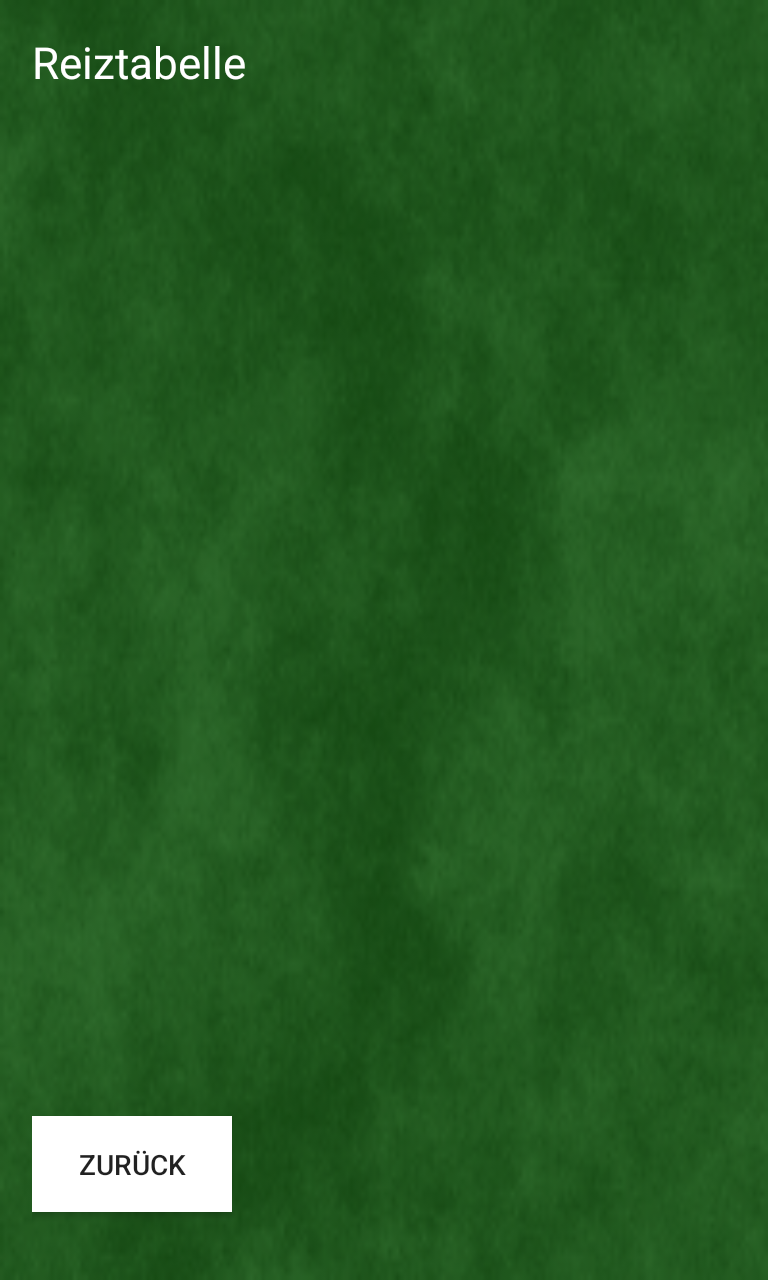
Repository: razinanu/InSy-Skat
Layout: InSy-Skat/res/layout/fragment_result.xml
The author's editor kept a copy of each file at every save. The layout is drawn from the files as they stood at one save, then again after the next save.
It is drawn on a 768 x 1280 px phone screen (xhdpi) without system bars, with theme AppThemeWithoutActionBarTitle; the app's code is not run.

Above is the layout before, as saved 2014-06-21 11:58:14.

### InSy-Skat/res/layout/fragment_result.xml
<RelativeLayout xmlns:android="http://schemas.android.com/apk/res/android"
    xmlns:tools="http://schemas.android.com/tools"
    android:layout_width="match_parent"
    android:layout_height="match_parent"
    android:paddingBottom="@dimen/activity_vertical_margin"
    android:paddingLeft="@dimen/activity_horizontal_margin"
    android:paddingRight="@dimen/activity_horizontal_margin"
    android:paddingTop="@dimen/activity_vertical_margin"
    android:background="@drawable/hintergrundapp"
    tools:context="com.example.insy_skat.ResultActivity$PlaceholderFragment" >
    <TextView
        android:id="@+id/reizTabelleText"
        android:layout_width="wrap_content"
        android:layout_height="wrap_content"
        android:text="@string/reizenTabelle"
        android:textAppearance="?android:attr/textAppearanceLarge"
        android:textColor="#ffffff" />

     <ScrollView
         android:id="@+id/scrollView1"
         android:layout_width="match_parent"
         android:layout_height="match_parent"
         android:layout_alignLeft="@+id/reizTabelleText"
         android:layout_below="@+id/reizTabelleText"
         android:layout_marginLeft="21dp"
         android:layout_marginTop="20dp"
          android:layout_marginBottom="80dp" >

<LinearLayout
             android:layout_width="match_parent"
             android:id="@+id/linearLayout"
             android:layout_height="wrap_content"
             android:orientation="vertical" >
                     </LinearLayout>
</ScrollView>
<Button
           android:id="@+id/backbutton"
           android:layout_width="wrap_content"
           android:layout_height="wrap_content"
           android:layout_alignLeft="@+id/reizTabelleText"
           android:layout_alignParentBottom="true"
           android:layout_marginBottom="18dp"
           android:background="#ffffff"
           android:onClick="backToPrevActivity"
           android:text="@string/zurueck"
           android:width="100dp" />

</RelativeLayout>

### InSy-Skat/res/values/strings.xml
<?xml version="1.0" encoding="utf-8"?>
<resources>

    <string name="app_name">Reizassistent</string>
    <string name="action_settings">Settings</string>
    <string name="zurueck">Zurück</string>
    <string name="weiter">Weiter</string>
    <string name="menue">Menü</string>
    <string name="abbrechen">Beenden</string>
    <string name="farbspielGrand">Farbspiel/Grand</string>
    <string name="nullString">Null</string>
    <string name="grand">Grand</string>
    <string name="reizassistent">Reizassistent</string>
     <string name="bubenAuswaehlen">Buben Auswählen</string>
    <string name="farbenAuswahl">Farben Auswählen</string>
    <string name="reizenTabelle">Reiztabelle</string>
    <string name="title_activity_selected_soldiers">SelectedSoldiers</string>
    <string name="title_activity_farben_auswahl">FarbenAuswahl</string>
    <string name="title_activity_result">ResultActivity</string>
    <string name="info_title">Zusätzliche Informationen</string>
    <string name="home_title">Hauptmenü</string>
    <string name="text18">18</string>
     <string name="text20">20</string>
    <string name="text22">22</string>
     <string name="text23">23</string>
      <string name="text24">24</string>
      <string name="text27">27</string>
      <string name="text30">30</string>
      <string name="text35">35</string>
      <string name="text36">36</string>
      <string name="text40">40</string>
      <string name="text44">44</string>
      <string name="text45">45</string>
      <string name="text46">46</string>
      <string name="text48">48</string>
      <string name="text50">50</string>
      <string name="text54">54</string>
      <string name="text55">55</string>
      <string name="text59">59</string>
      <string name="text60">60</string>
      <string name="text63">63</string>
      <string name="text66">66</string>
      <string name="text70">70</string>
      <string name="text72">72</string>
      <string name="text77">77</string>
      <string name="text80">80</string>
      <string name="text81">81</string>
      <string name="text84">84</string>
      <string name="text88">88</string>
      <string name="text90">90</string>
      <string name="text96">96</string>
      <string name="text99">99</string>
      <string name="text100">100</string>
      <string name="text108">108</string>
      <string name="text110">110</string>
      <string name="text117">117</string>
      <string name="text120">120</string>

</resources>

Loaded but not shown: InSy-Skat/res/values-v11/styles.xml (common file); InSy-Skat/res/values/styles.xml (common file); InSy-Skat/res/values-v14/styles.xml (common file); InSy-Skat/res/values/dimens.xml (common file); InSy-Skat/res/values-w820dp/dimens.xml (common file)

After the next save:
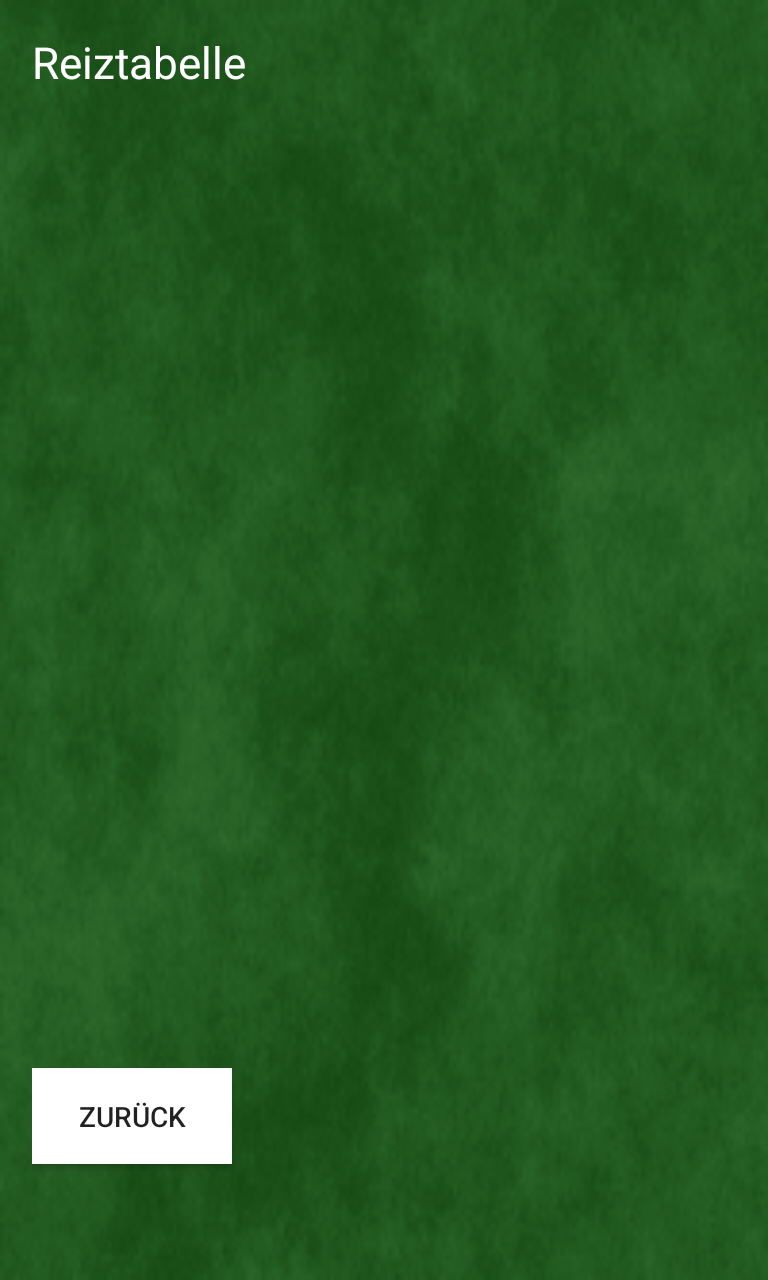
Saved 3 min 37 s later.
--- a/InSy-Skat/res/layout/fragment_result.xml
+++ b/InSy-Skat/res/layout/fragment_result.xml
@@ -16,33 +16,32 @@
         android:textAppearance="?android:attr/textAppearanceLarge"
         android:textColor="#ffffff" />
 
-     <ScrollView
-         android:id="@+id/scrollView1"
-         android:layout_width="match_parent"
-         android:layout_height="match_parent"
-         android:layout_alignLeft="@+id/reizTabelleText"
-         android:layout_below="@+id/reizTabelleText"
-         android:layout_marginLeft="21dp"
-         android:layout_marginTop="20dp"
-          android:layout_marginBottom="80dp" >
+<ScrollView
+    android:id="@+id/scrollView1"
+    android:layout_width="match_parent"
+    android:layout_height="match_parent"
+    android:layout_above="@+id/backbutton"
+    android:layout_alignLeft="@+id/backbutton"
+    android:layout_marginBottom="80dp" >
 
-<LinearLayout
-             android:layout_width="match_parent"
-             android:id="@+id/linearLayout"
-             android:layout_height="wrap_content"
-             android:orientation="vertical" >
-                     </LinearLayout>
+    <LinearLayout
+        android:id="@+id/linearLayout"
+        android:layout_width="match_parent"
+        android:layout_height="wrap_content"
+        android:orientation="vertical" >
+    </LinearLayout>
 </ScrollView>
+
 <Button
-           android:id="@+id/backbutton"
-           android:layout_width="wrap_content"
-           android:layout_height="wrap_content"
-           android:layout_alignLeft="@+id/reizTabelleText"
-           android:layout_alignParentBottom="true"
-           android:layout_marginBottom="18dp"
-           android:background="#ffffff"
-           android:onClick="backToPrevActivity"
-           android:text="@string/zurueck"
-           android:width="100dp" />
+    android:id="@+id/backbutton"
+    android:layout_width="wrap_content"
+    android:layout_height="wrap_content"
+    android:layout_alignLeft="@+id/reizTabelleText"
+    android:layout_alignParentBottom="true"
+    android:layout_marginBottom="42dp"
+    android:background="#ffffff"
+    android:onClick="backToPrevActivity"
+    android:text="@string/zurueck"
+    android:width="100dp" />
 
 </RelativeLayout>

After the 3 saves that followed:
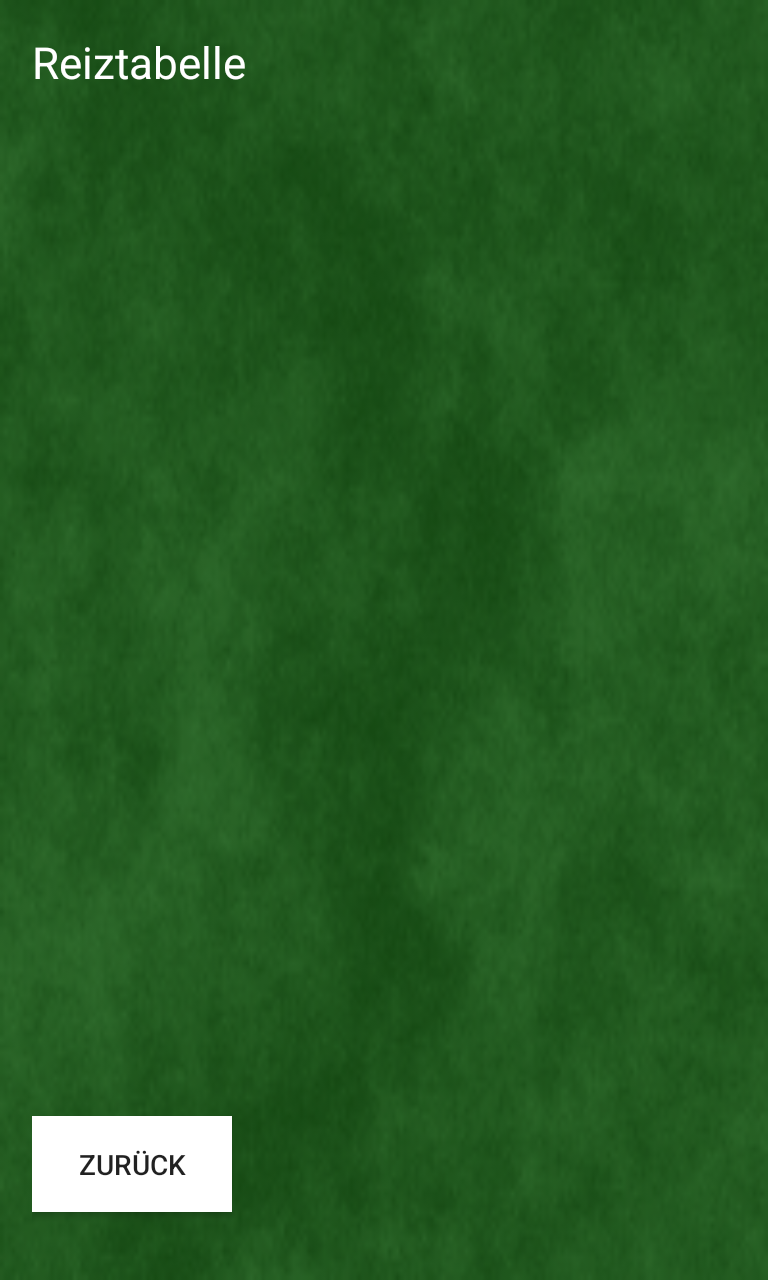
The 3 saves are shown as one change because 2 left the picture as it was.
The last was saved 88 s later.
--- a/InSy-Skat/res/layout/fragment_result.xml
+++ b/InSy-Skat/res/layout/fragment_result.xml
@@ -18,11 +18,12 @@
 
 <ScrollView
     android:id="@+id/scrollView1"
-    android:layout_width="match_parent"
+     android:layout_width="match_parent"
     android:layout_height="match_parent"
-    android:layout_above="@+id/backbutton"
-    android:layout_alignLeft="@+id/backbutton"
-    android:layout_marginBottom="80dp" >
+    android:layout_below="@+id/reizTabelleText"
+    android:layout_centerHorizontal="true"
+    android:layout_marginTop="16dp"
+   android:layout_marginBottom="80dp" >
 
     <LinearLayout
         android:id="@+id/linearLayout"
@@ -33,15 +34,15 @@
 </ScrollView>
 
 <Button
-    android:id="@+id/backbutton"
-    android:layout_width="wrap_content"
-    android:layout_height="wrap_content"
-    android:layout_alignLeft="@+id/reizTabelleText"
-    android:layout_alignParentBottom="true"
-    android:layout_marginBottom="42dp"
-    android:background="#ffffff"
-    android:onClick="backToPrevActivity"
-    android:text="@string/zurueck"
-    android:width="100dp" />
+  android:id="@+id/backbutton"
+           android:layout_width="wrap_content"
+           android:layout_height="wrap_content"
+           android:layout_alignLeft="@+id/reizTabelleText"
+           android:layout_alignParentBottom="true"
+           android:layout_marginBottom="18dp"
+           android:background="#ffffff"
+           android:onClick="backToPrevActivity"
+           android:text="@string/zurueck"
+           android:width="100dp" />
 
 </RelativeLayout>
